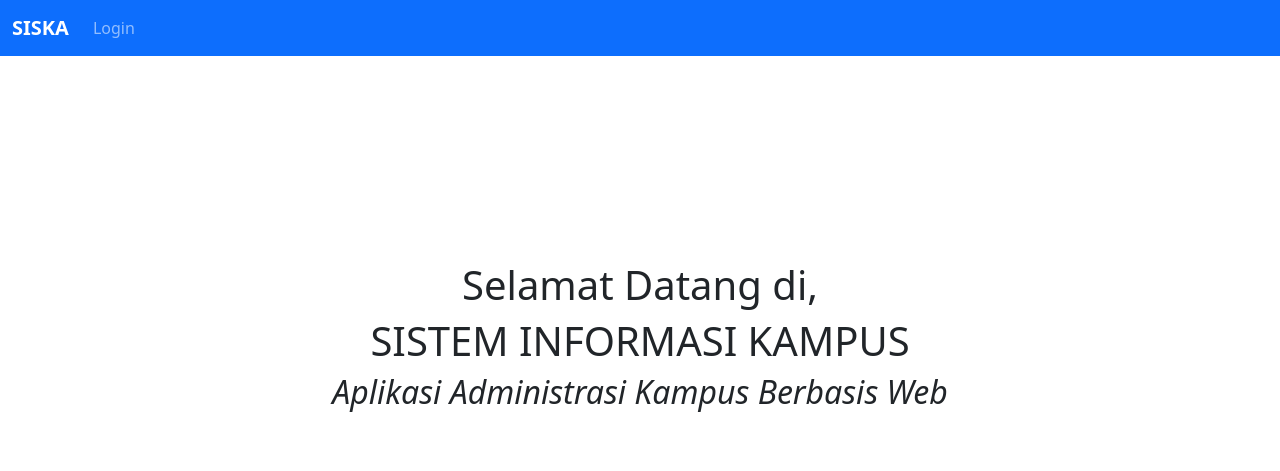
Repository: WiraAtma/administrasi-kampus
Page: http://localhost/
An editor plug-in stored every save of this project. The page is shown before and after the next save, followed by the edit.
The browser window is 1280 px wide. The pictures show the whole page.
The page is served by the project's Laravel application, run on PHP 8.4 with Laravel 12. Other server files are loaded and not shown.

Above is the page before, as saved 2024-10-25 15:28:37.

### routes/web.php
<?php

use App\Http\Controllers\AuthController;
use App\Http\Controllers\FakultasController;
use App\Http\Controllers\MahasiswaController;
use App\Http\Controllers\ProdiController;
use App\Http\Middleware\AdminAccess;
use App\Http\Middleware\DosenAccess;
use Illuminate\Support\Facades\Route;

Route::get('/', function() {
    return view('home');
});

Route::get('/login', [AuthController::class, 'login'])->name('login')->middleware('guest');
Route::post('/login', [AuthController::class, 'authenticing'])->middleware('guest');
Route::get('/logout', [AuthController::class, 'logout']);

Route::get('/mahasiswa', [MahasiswaController::class, 'index'])->middleware('auth');
Route::get('/mahasiswa-detail/{id}', [MahasiswaController::class, 'show'])->middleware('auth');
Route::get('/mahasiswa-create', [MahasiswaController::class, 'create'])->middleware([AdminAccess::class]);
Route::post('/filter-mahasiswa', [MahasiswaController::class, 'store'])->middleware([AdminAccess::class]);
Route::get('/mahasiswa-edit/{id}', [MahasiswaController::class, 'edit'])->middleware([DosenAccess::class]);
Route::put('/filter-mahasiswa/{id}', [MahasiswaController::class, 'update'])->middleware([DosenAccess::class]);
Route::get('/mahasiswa-delete/{id}', [MahasiswaController::class, 'delete'])->middleware([AdminAccess::class]);
Route::delete('/filter-delete-mahasiswa/{id}', [MahasiswaController::class, 'destroy'])->middleware([AdminAccess::class]);
Route::get('/mahasiswa-temporary', [MahasiswaController::class, 'mahasiswaDeleted'])->middleware([AdminAccess::class]);
Route::get('/filter-restore-mahasiswa/{id}', [MahasiswaController::class, 'restore'])->middleware([AdminAccess::class]);

Route::get('/prodi', [ProdiController::class, 'index'])->middleware('auth');
Route::get('/prodi-detail/{id}', [ProdiController::class, 'show'])->middleware('auth');
Route::get('/prodi-create', [ProdiController::class, 'create'])->middleware([AdminAccess::class]);
Route::post('/filter-prodi', [ProdiController::class, 'store'])->middleware([AdminAccess::class]);
Route::get('/prodi-edit/{id}', [ProdiController::class, 'edit'])->middleware([DosenAccess::class]);
Route::post('/filter-prodi/{id}', [ProdiController::class, 'update'])->middleware([DosenAccess::class]);
Route::get('/prodi-delete/{id}', [ProdiController::class, 'delete'])->middleware([AdminAccess::class]);
Route::delete('/filter-delete-prodi/{id}', [ProdiController::class, 'destroy'])->middleware(AdminAccess::class);
Route::get('/prodi-temporary', [ProdiController::class, 'prodiDeleted'])->middleware([AdminAccess::class]);
Route::get('/filter-restore-prodi/{id}', [ProdiController::class, 'restore'])->middleware([AdminAccess::class]);

Route::get('/fakultas', [FakultasController::class, 'index'])->middleware('auth');

### resources/views/home.blade.php
@extends('layouts.mainLayouts')

@section('title', 'Beranda')

@section('content')
<div class="container d-flex">
    <div class="wrapper position-absolute top-50 start-50 translate-middle text-center">
        <h1>Selamat Datang di, </h1>
        <h1>SISTEM INFORMASI KAMPUS</h1>
        <h2><i>Aplikasi Administrasi Kampus Berbasis Web</i></h2>
        <div class="mt-5">
        @if(auth()->check() && auth()->user()->name != '')
            <h6>User Login : {{ Auth::user()->name }}</h6>
            <h6>User Position : {{ Auth::user()->role->name }}</h6>
        @else
        @endif
    </div>
    </div>

</div>

@endsection

### resources/views/layouts/mainLayouts.blade.php
<!DOCTYPE html>
<html lang="en">
<head>
    <meta charset="UTF-8">
    <meta name="viewport" content="width=device-width, initial-scale=1.0">
    <meta http-equiv="X-UA-Compatible" content="ie=edge">
    <title>SISKA | @yield('title')</title>
    <link href="https://cdn.jsdelivr.net/npm/bootstrap@5.3.3/dist/css/bootstrap.min.css" rel="stylesheet" integrity="sha384-QWTKZyjpPEjISv5WaRU9OFeRpok6YctnYmDr5pNlyT2bRjXh0JMhjY6hW+ALEwIH" crossorigin="anonymous">
</head>
<body>
    <nav class="navbar sticky-top bg-primary navbar-expand-lg" data-bs-theme="dark">
        <div class="container-fluid">
          <a class="navbar-brand" href="/" style="font-weight: bold">SISKA</a>
          <button class="navbar-toggler" type="button" data-bs-toggle="collapse" data-bs-target="#navbarTogglerDemo02" aria-controls="navbarTogglerDemo02" aria-expanded="false" aria-label="Toggle navigation">
            <span class="navbar-toggler-icon"></span>
          </button>
          <div class="collapse navbar-collapse" id="navbarTogglerDemo02">
            @if(auth()->check() && auth()->user()->name != '')
              <ul class="navbar-nav me-auto mb-2 mb-lg-0">
                <li class="nav-item">
                  <a class="nav-link {{ request()->is('/') ? 'active' : ''}}" href="/">Beranda</a>
                </li>
                <li class="nav-item">
                  <a class="nav-link {{ request()->is('mahasiswa') ? 'active' : ''}}" href="/mahasiswa">Mahasiswa</a>
                </li>
                <li class="nav-item">
                  <a class="nav-link {{ request()->is('prodi') ? 'active' : ''}}" href="/prodi">Program Studi</a>
                </li>
                <li class="nav-item">
                  <a class="nav-link {{ request()->is('fakultas') ? 'active' : ''}}" href="/fakultas">Fakultas Kampus</a>
                </li>
              </ul>
            @else
            @endif
            <ul class="navbar-nav">
              <li class="nav-item">
                @if(auth()->check() && auth()->user()->name != '')
                  <a href="/logout" class="nav-link">Logout</a>
                @else
                  <a href="/login" class="nav-link">Login</a>
                @endif
              </li>
            </ul>
          </div>
        </div>
    </nav>
    <div class="container mt-4">
        @yield('content')
    </div>
    <script src="https://cdn.jsdelivr.net/npm/bootstrap@5.3.3/dist/js/bootstrap.bundle.min.js" integrity="sha384-YvpcrYf0tY3lHB60NNkmXc5s9fDVZLESaAA55NDzOxhy9GkcIdslK1eN7N6jIeHz" crossorigin="anonymous"></script>
</body>
</html>

After the next save:
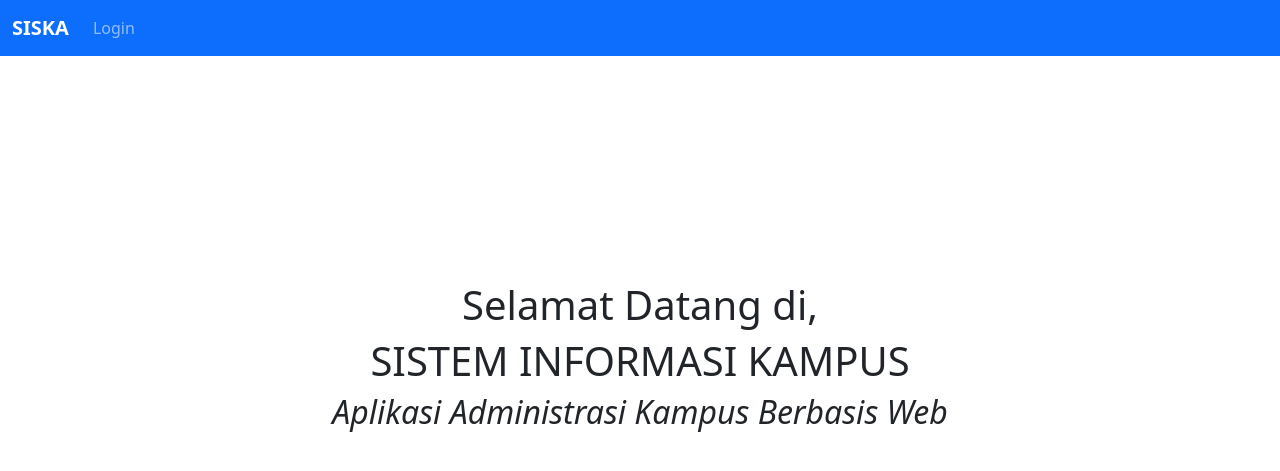
Saved 13 s later.
--- a/resources/views/home.blade.php
+++ b/resources/views/home.blade.php
@@ -8,13 +8,7 @@
         <h1>Selamat Datang di, </h1>
         <h1>SISTEM INFORMASI KAMPUS</h1>
         <h2><i>Aplikasi Administrasi Kampus Berbasis Web</i></h2>
-        <div class="mt-5">
-        @if(auth()->check() && auth()->user()->name != '')
-            <h6>User Login : {{ Auth::user()->name }}</h6>
-            <h6>User Position : {{ Auth::user()->role->name }}</h6>
-        @else
-        @endif
-    </div>
+
     </div>
 
 </div>
